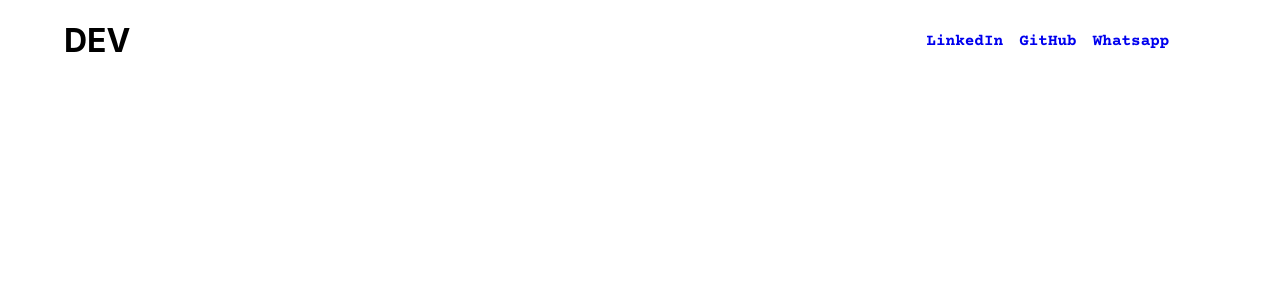
Repository: FxIvan/myweb
Page: /
These files come from the project's save history. The page is drawn as it stood at one moment and after the next save; the edit follows.
The browser window is 1280 px wide. The pictures show the whole page.
The project was rebuilt for these pictures with package versions that can differ from the ones it lists, and the page was loaded fresh each time.

Above is the page before, as saved 2022-11-02 11:08:17.

### public/index.html
<!DOCTYPE html>
<html lang="en">
  <head>
    <meta charset="utf-8" />
    <link rel="icon" href="%PUBLIC_URL%/favicon.ico" />
    <meta name="viewport" content="width=device-width, initial-scale=1" />
    <meta name="theme-color" content="#000000" />
    <meta
      name="description"
      content="Web site created using create-react-app"
    />
    <link rel="apple-touch-icon" href="%PUBLIC_URL%/logo192.png" />
    <!--
      manifest.json provides metadata used when your web app is installed on a
      user's mobile device or desktop. See https://developers.google.com/web/fundamentals/web-app-manifest/
    -->
    <link rel="manifest" href="%PUBLIC_URL%/manifest.json" />
    <!--
      Notice the use of %PUBLIC_URL% in the tags above.
      It will be replaced with the URL of the `public` folder during the build.
      Only files inside the `public` folder can be referenced from the HTML.

      Unlike "/favicon.ico" or "favicon.ico", "%PUBLIC_URL%/favicon.ico" will
      work correctly both with client-side routing and a non-root public URL.
      Learn how to configure a non-root public URL by running `npm run build`.
    -->
    <title>My Web |Almendra Ivan 2022</title>
    <!--FONTS GOOGLE-->
    <link rel="preconnect" href="https://fonts.googleapis.com">
    <link rel="preconnect" href="https://fonts.gstatic.com" crossorigin>
    <link href="https://fonts.googleapis.com/css2?family=Courier+Prime:wght@700&display=swap" rel="stylesheet">
  </head>
  <body>
    <noscript>You need to enable JavaScript to run this app.</noscript>
    <div id="root"></div>
    <!--
      This HTML file is a template.
      If you open it directly in the browser, you will see an empty page.

      You can add webfonts, meta tags, or analytics to this file.
      The build step will place the bundled scripts into the <body> tag.

      To begin the development, run `npm start` or `yarn start`.
      To create a production bundle, use `npm run build` or `yarn build`.
    -->
  </body>
</html>

### src/index.js
import React from 'react';
import ReactDOM from 'react-dom/client';
import './index.css';
import App from './App';
import reportWebVitals from './reportWebVitals';
import { BrowserRouter } from 'react-router-dom';


const root = ReactDOM.createRoot(document.getElementById('root'));
root.render(
  <React.StrictMode>
    <App />
  </React.StrictMode>
);

// If you want to start measuring performance in your app, pass a function
// to log results (for example: reportWebVitals(console.log))
// or send to an analytics endpoint. Learn more: https://bit.ly/CRA-vitals
reportWebVitals();

### src/App.js
import { Routes, Route, HashRouter} from "react-router-dom";
import { Header } from "./component/header/header";

function App() {
  return (
    <HashRouter>
    <Routes>
        <Route path="/" element={<Header/>} />
    </Routes>
    </HashRouter>
  );
}

export default App;

### src/component/header/header.js
import React from 'react'
import '../css/header.css'


export const Header = () =>{
    return(
        <header>
            <div className='container-header'>
                <div className='subcontainer-header'>
                    <div className='container-header-logo'>
                        <h1>DEV</h1>
                    </div>
                    <div className='container-header-link'>
                        <ul>
                            <li><a href='https://www.linkedin.com/in/devalmendra/' target='_blanck'>LinkedIn</a></li>
                            <li><a href='https://github.com/FxIvan' target='_blanck'>GitHub</a></li>
                            <li><a href='https://api.whatsapp.com/send/?phone=541136887781&text&type=phone_number&app_absent=0' target='_blanck'>Whatsapp</a></li>
                        </ul>
                    </div>
                </div>
            </div>
        </header>
    )
}

### src/component/css/header.css
.container-header{
    margin: auto;
}

.subcontainer-header{
    display: flex;
    width: 90%;
    margin: auto;
    align-items: center;
}

.container-header-logo{
    width: 70%;
}
.container-header-link{
    width: 30%;
}
.container-header-link ul, a{
    display: flex;
    text-decoration: none;
    list-style: none;
    font-family: 'Courier Prime', monospace;
    font-weight: bolder;
    font-size: 16px;
}

.container-header-link ul li{
    margin-left: 1rem;
}
@media only screen and (max-width: 700px) {
    .container-header{

    }
    .subcontainer-header{

    }
    .container-header-logo{

    }
    .container-header-link{

    }
}

Loaded but not shown: src/index.css (common file); src/reportWebVitals.js (common file)

After the next save:
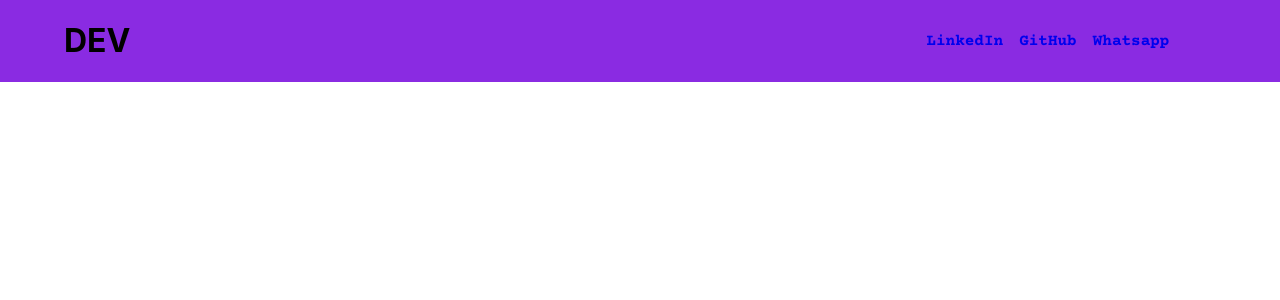
Saved 7 min 14 s later.
--- a/src/component/css/header.css
+++ b/src/component/css/header.css
@@ -1,3 +1,7 @@
+header{
+    background-color: blueviolet;
+}
+
 .container-header{
     margin: auto;
 }
